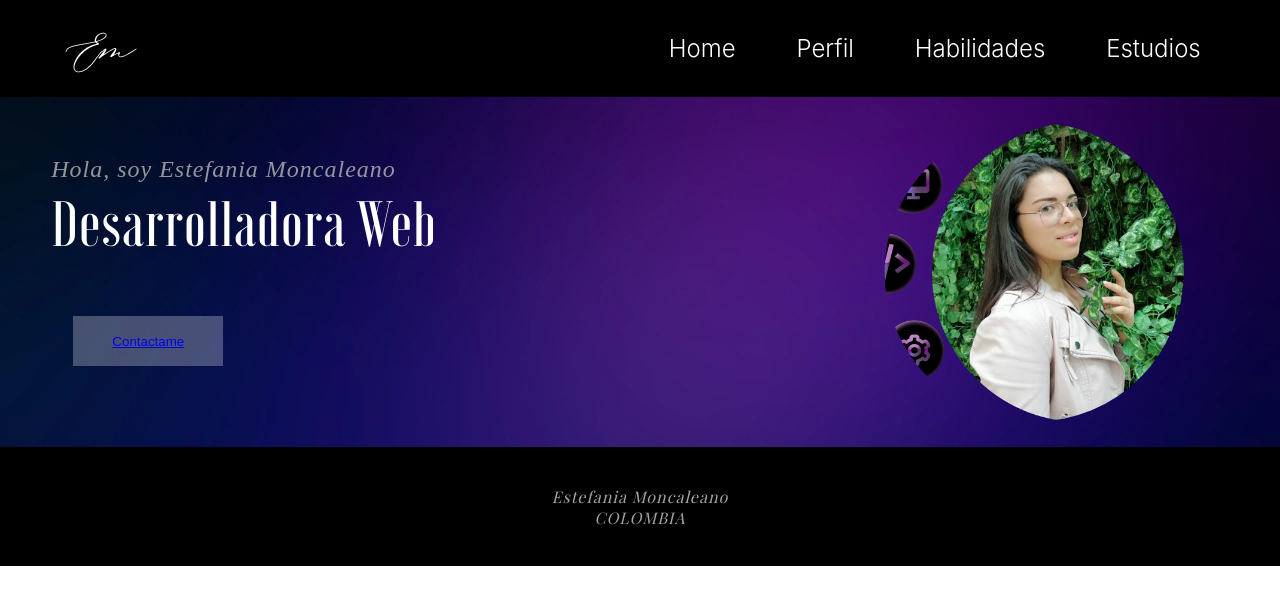
Repository: EstefaMH/PORTAFOLIO
Page: /
The author's editor kept a copy of each file at every save. The page is drawn from the files as they stood at one save, then again after a run of saves.
The browser window is 1280 px wide. The pictures show the whole page.
Some web fonts or font styles are not loaded; a fallback is used. The project was rebuilt for these pictures with package versions that can differ from the ones it lists, and the page was loaded fresh each time. Also part of the build but not shown: src/pages/aboutme/Aboutme.js, src/pages/error/Error404.css, src/pages/error/Error404.js, src/pages/jobs/Jobs.js, src/models/Languages.js, src/components/project/project.js, src/pages/skills/Skills.js, src/pages/studies/Studies.css and 1 more.

Above is the page before, as saved 2024-05-23 22:28:37.

After the next 8 saves:
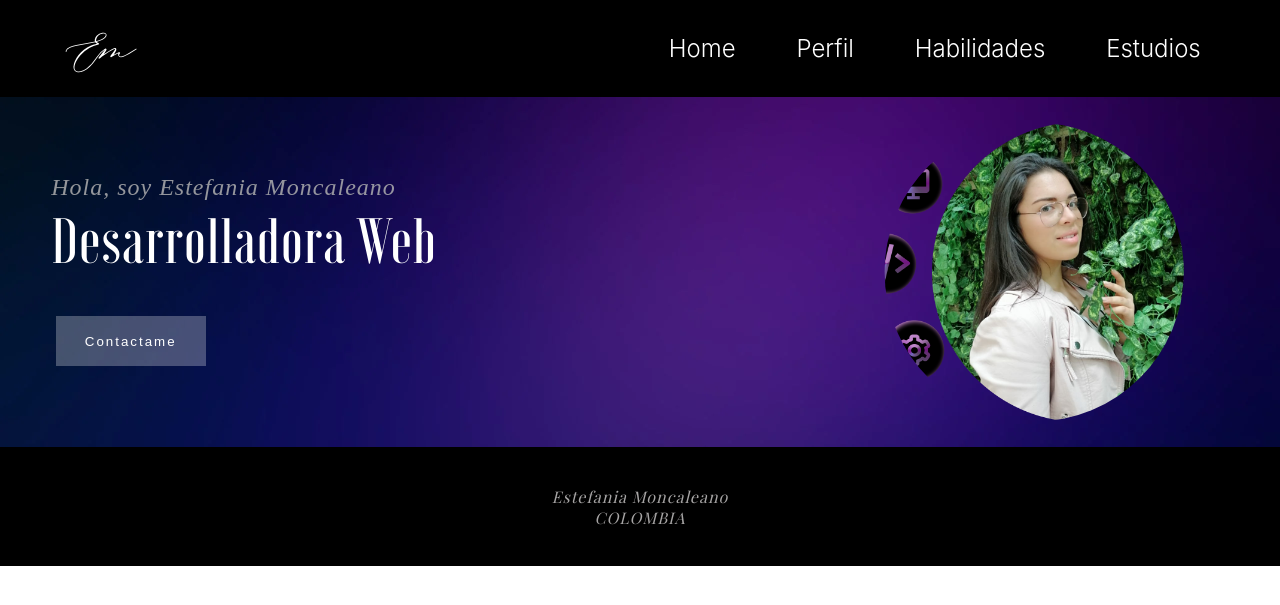
The 8 saves are shown as one change because 5 did not build or start and some came seconds apart.
The last was saved 39 s later.
--- a/src/pages/home/Home.js
+++ b/src/pages/home/Home.js
@@ -16,7 +16,7 @@ function Home() {
                 <article className='info-home'>
                     <p className='info-home1'>Hola, soy Estefania Moncaleano</p>
                     <p className='info-home2'>Desarrolladora Web</p>
-                    <button className='btn btn-one'><span></span><a href=' https://api.whatsapp.com/send/?phone=573013839680' >Contactame</a></button>
+                    <a href=' https://api.whatsapp.com/send/?phone=573013839680' ><button className='btn btn-one'><span>Contactame</span></button></a>
 
                 </article>
 
